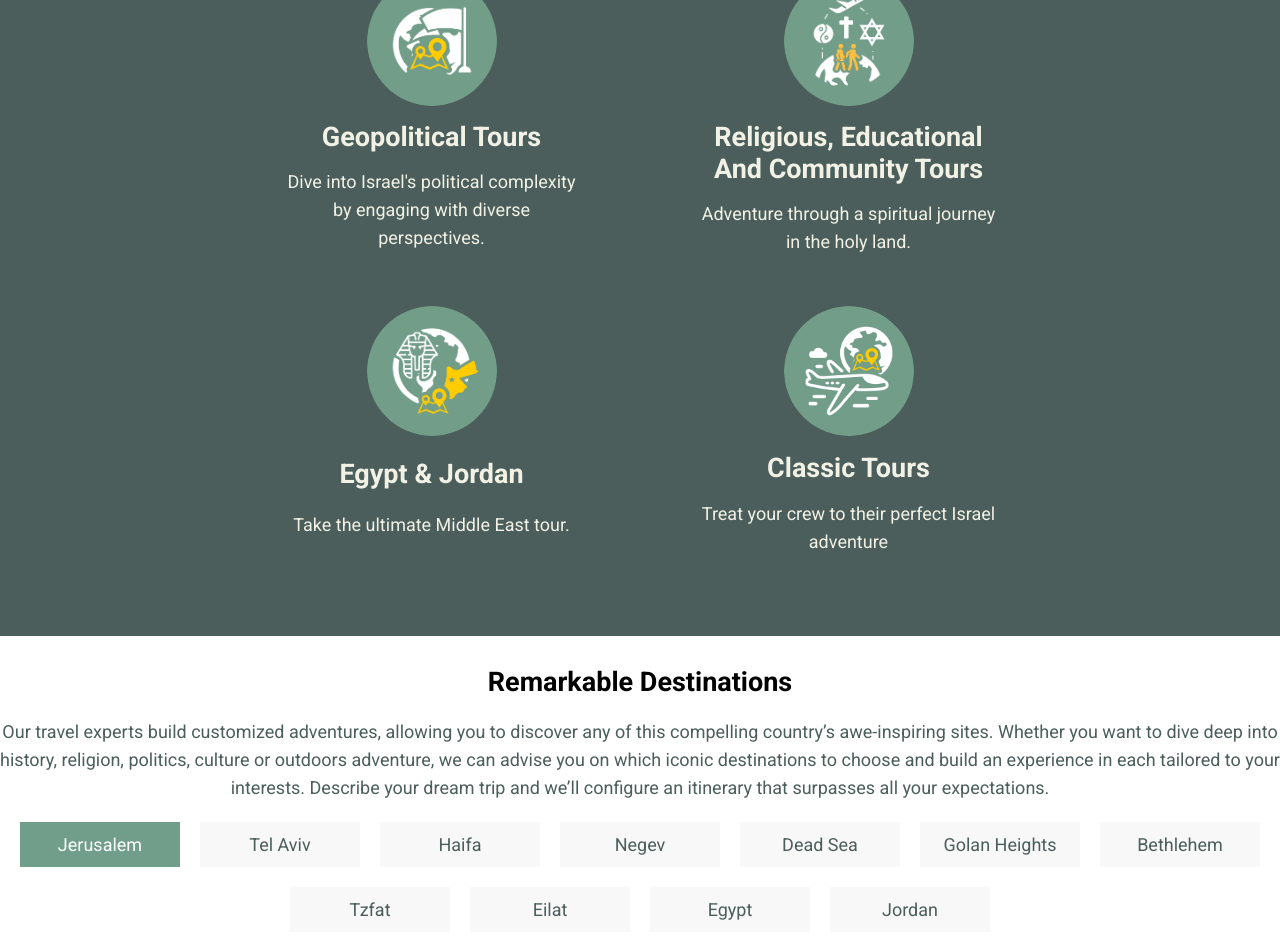
Repository: Pafestivo/realIsraelTours
Page: / (app in frontend/)
An editor plug-in stored every save of this project. The page is shown before and after the next save, followed by the edit.
The browser window is 1280 px wide. The pictures show the part of the page from y = 1258 to 2210 px (the page is 2210 px tall).
The pointer rests on the first visible `.activeTab`.
The project was rebuilt for these pictures with package versions that can differ from the ones it lists, and the page was loaded fresh each time. The framework's server and built-in components were replaced by stand-ins that run in the browser. Also part of the build but not shown: frontend/next.config.js. Imported but missing from the stored project, and not drawn on this page: frontend/src/assets/videoBG.mp4.

Above is the page before, as saved 2023-09-20 16:51:49.

### frontend/src/app/layout.tsx
import type { Metadata } from "next";
import "@/styles/globals.css";
import { roboto } from "@/app/fonts";
import { config } from "@fortawesome/fontawesome-svg-core";
import "@fortawesome/fontawesome-svg-core/styles.css";
config.autoAddCss = false; // Tell Font Awesome to skip adding the CSS automatically since it's being imported above

export const metadata: Metadata = {
  title: "Real Israel Tours",
  description: "Plan your next tour",
};

export default function RootLayout({
  children,
}: {
  children: React.ReactNode;
}) {
  return (
    <html lang="en">
      <body className={roboto.className}>
        <div style={{ overflowX: "hidden" }}>{children}</div>
      </body>
    </html>
  );
}

### frontend/src/app/page.tsx
import Header from "@/components/Header";
import "@/styles/homePage.css";
import BackgroundVideo from "@/components/BackgroundVideo";
import ScrollArrow from "@/components/ScrollArrow";
import TripCard from "@/components/TripCard";
import geoPoliticalIcon from "@/assets/Geopolitical-icon.png";
import religious from "@/assets/Religious-and-educational.png";
import egpyt from "@/assets/Egypt-and-Jordan.png";
import classicTours from "@/assets/classic-tours.png";
import Destinations from "@/components/Destinations";

export default function Home() {
  return (
    <div>
      <Header currentlyActivePage="Home" />
      <div className="cta-div">
        <div className="content">
          <h1>Custom made Israeli adventures</h1>
          <button>
            <span></span>Start Your Journey
          </button>
          <ScrollArrow />
        </div>
        <BackgroundVideo />
      </div>
      <div className="pageContainer">
        <section className="whyTravelWithUs">
          <h1>Why Travel With Real Israel Tours?</h1>
          <p className="info-block">
            We craft experiences that speak to our participants. We are
            long-time hands-on professionals who thoroughly get to know our
            clients and dedicate ourselves optimizing each moment to
            specifically match its participants.
          </p>
          <p className="info-block">
            After 8 years, we have a vast and high-quality network of trusted
            connections with every type of activity, site, and speaker the
            country can offer, waiting to be meticulously chosen and built into
            another cohesive journey.
          </p>
          <p className="info-block">
            Our staff is also passionate about the inspirational potential of
            Israel experiences and prides themselves on their ability to create
            profound impact, every time. They are invested, from each logistical
            detail running smoothly to fostering your group’s overall sense of
            community.
          </p>
          <p className="info-block">
            Whatever your precise interests, we guarantee trips that explore
            Israel deep beneath the surface, to the Real Israel, the one that
            empowers us to think, feel, enjoy, and connect.
          </p>
        </section>

        <section className="tripTypes">
          <TripCard
            image={geoPoliticalIcon}
            tripName="Geopolitical Tours"
            tripDescription="Dive into Israel's political complexity by engaging with diverse perspectives."
          />

          <TripCard
            image={religious}
            tripName="Religious, Educational And Community Tours"
            tripDescription="Adventure through a spiritual journey in the holy land."
          />

          <TripCard
            image={egpyt}
            tripName="Egypt & Jordan"
            tripDescription="Take the ultimate Middle East tour."
          />

          <TripCard
            image={classicTours}
            tripName="Classic Tours"
            tripDescription="Treat your crew to their perfect Israel adventure"
          />
        </section>

        <section className="destinations">
          <Destinations />
        </section>
      </div>
    </div>
  );
}

### frontend/src/styles/globals.css
:root {
  --main-bg-color: #4b5e5b;
  --main-title-color: #F1F1E6;
  --main-text-color: #F1F1E6;
  --accent-orange: #ffc03f;
  --hover-accent-orange: #bd7e00;
}

* {
  padding: 0;
  margin: 0;
  box-sizing: border-box;
}

body {
  font-size: 18px;
  background-color: var(--main-bg-color);
  overflow-x: hidden;
}

p {
  line-height: 28px;
}

a {
  color: inherit;
  text-decoration: none;
}

section {
  margin: 30px 0;
  padding: 20px 120px;
  border: none;
}

.mobile-only {
  display: none;
}

.desktop-only {
  display: block;
}

.activated {
  color: var(--accent-orange);
}

@media screen and (max-width: 768px) {
  section {
    padding: 20px 10px;
  }

  .mobile-only {
    display: block;
  }

  .desktop-only {
    display: none;
  }
}

### frontend/src/app/fonts.tsx
import { Inter, Merriweather, Roboto } from "next/font/google";

export const inter = Inter({ subsets: ["latin"] });

export const merriweather = Merriweather({
  weight: ["400", "700"],
  style: ["normal", "italic"],
  subsets: ["latin"],
  display: "swap",
});

export const roboto = Roboto({
  weight: ["400", "700"],
  style: ["normal", "italic"],
  subsets: ["latin"],
  display: "swap",
});

// export const Mooli = Mooli({
//   weight: ["400", "700"],
//   style: ["normal", "italic"],
//   subsets: ["latin"],
//   display: "swap",
// });

### frontend/src/components/Header.tsx
"use client";
import React, { useEffect, useState } from "react";
import Image from "next/image";
import logo from "@/assets/logo.png";
import "@/styles/header.css";
import Link from "next/link";

interface HeaderProps {
  currentlyActivePage: string;
}

const Header = ({ currentlyActivePage }: HeaderProps) => {
  const [isMenuOpen, setMenuOpen] = useState(false);
  const [isScrolled, setIsScrolled] = useState(false);

  const toggleMenu = () => {
    setMenuOpen(!isMenuOpen);
  };

  useEffect(() => {
    const handleScroll = () => {
      setIsScrolled(window.scrollY > 100);
    };

    window.addEventListener("scroll", handleScroll);

    return () => {
      window.removeEventListener("scroll", handleScroll);
    };
  }, []);

  return (
    <div className={`header ${isScrolled ? "" : "transparent"}`}>
      <Link href="/">
        <Image className="headerLogo" src={logo} alt="logo" />
      </Link>
      <div className={`navbar ${isMenuOpen ? "open" : ""}`}>
        <button onClick={toggleMenu} className="close-button">
          ✕
        </button>{" "}
        <Link
          className={currentlyActivePage === "Home" ? "activated" : ""}
          href="/"
        >
          Home
        </Link>
        <Link
          className={currentlyActivePage === "Tours" ? "activated" : ""}
          href="/"
        >
          Tours
        </Link>
        <Link
          className={currentlyActivePage === "Gallery" ? "activated" : ""}
          href="/"
        >
          Gallery
        </Link>
        <Link
          className={currentlyActivePage === "AboutUs" ? "activated" : ""}
          href="/"
        >
          About Us
        </Link>
        <Link
          className={currentlyActivePage === "ContactUs" ? "activated" : ""}
          href="/"
        >
          Contact Us
        </Link>
        <hr className="mobile-only" />
        <p className="mobile-only">+972 52 335 5687</p>
        <p className="mobile-only">Elad@realisraeltours.com</p>
        <button className="inquire mobile-only">Inquire Now</button>
      </div>
      <button onClick={toggleMenu} className="hamburger">
        ☰
      </button>
      <button className="inquire desktop-only">Inquire Now</button>
    </div>
  );
};

export default Header;

### frontend/src/styles/homePage.css
.pageContainer {
  display: flex;
  flex-direction: column;
  justify-content: center;
  margin: 0 auto;
  padding: 0;
  max-width: 1450px;
  text-align: center;
  color: var(--main-text-color);
}

.cta-div {
  height: 100vh;
  width: 100vw;
  display: flex;
  justify-content: center;
  align-items: center;
}

.content {
  position: absolute;
  display: flex;
  flex-direction: column;
  justify-content: center;
  align-items: center;
  padding: 40px 0;
  width: 100vw;
  height: 100vh;
  background-color: rgba(0, 0, 0, 0.3);
  row-gap: 40px;
  overflow-x: hidden;
  text-align: center;
}

.content h1 {
  font-size: 5em;
}

.content button {
  font-size: 1.4em;
  padding: 14px 40px;
  border-radius: 5px;
  z-index: 1;
  position: relative;
  overflow: hidden;
}

/* an hover effect for two arrows and then rectangle */
.content button::before {
  content: "";
  position: absolute;
  top: 0;
  left: -100%;
  width: 50%;
  height: 100%;
  background-color: var(--hover-accent-orange);
  transition: all 0.5s ease-in-out;
  z-index: -1;
  clip-path: polygon(0% 0%, 100% 50%, 0% 100%);
}

.content button span {
  content: "";
  position: absolute;
  top: 0;
  left: -200%;
  width: 50%;
  height: 100%;
  background-color: var(--hover-accent-orange);
  transition: all 0.5s ease-in-out 0.16s;
  z-index: -1;
  clip-path: polygon(0% 0%, 100% 50%, 0% 100%);
}

.content button::after {
  content: "";
  position: absolute;
  top: 0;
  left: -300%;
  width: 100%;
  height: 100%;
  background-color: var(--hover-accent-orange);
  transition: all 0.5s ease-in-out 0.22s;
  z-index: -1;
}

.content button:hover::before {
  left: 100%;
}

.content button:hover span {
  left: 100%;
}

.content button:hover::after {
  left: 0;
}

.content button:hover {
  color: white;
}
/* end of arrows effect */


.content .arrow-down {
  position: absolute;
  color: var(--accent-orange);
  font-size: 3em;
  bottom: 20px;
}

h1 {
  color: var(--main-title-color);
}

.whyTravelWithUs {
  display: flex;
  flex-direction: column;
  row-gap: 20px;
}

.tripTypes {
  display: grid;
  grid-template-columns: 1fr 1fr;
  width: 80%;
  align-self: center;
  row-gap: 80px;
  column-gap: 50px;
  justify-content: center;
  align-items: center;
  place-items: center;
}

.destinations {
  background-color: white;
  width: 100vw;
  margin-bottom: 0;
  padding-top: 30px;
}

@media screen and (max-width: 768px) {
  .content h1 {
    font-size: 3em;
  }

  .content .arrow-down {
    font-size: 1.3em;
  }

  .tripTypes {
    grid-template-columns: 1fr;
  }

  .destinations {
    padding: 50px 20px;
  }
}

@media screen and (min-width: 1440px) {
  .tripTypes {
    width: 130%;
    grid-template-columns: 1fr 1fr 1fr 1fr;
    overflow-x: visible;
  }
}

### frontend/src/components/BackgroundVideo.tsx
import videoBG from "@/assets/videoBG.mp4";
import "@/styles/backgroundVideo.css";

export default function BackgroundVideo() {
  return (
    <video autoPlay muted loop>
      <source className="background-video" src={videoBG} type="video/mp4" />
    </video>
  );
}

### frontend/src/components/ScrollArrow.tsx
"use client";
import React, { useState, useEffect } from "react";
import { FontAwesomeIcon } from "@fortawesome/react-fontawesome";
import { faArrowDown } from "@fortawesome/free-solid-svg-icons";

const ScrollArrow = () => {
  const [showArrow, setShowArrow] = useState(true); // State to control arrow visibility

  useEffect(() => {
    // Function to handle scroll event
    const handleScroll = () => {
      if (window.scrollY > 0 && showArrow) {
        setShowArrow(false); // Hide the arrow if the user starts scrolling
      }
    };

    // Attach the scroll event listener
    window.addEventListener("scroll", handleScroll);

    // Cleanup: remove the event listener when the component unmounts
    return () => {
      window.removeEventListener("scroll", handleScroll);
    };
  }, [showArrow]); // Re-run the effect if showArrow changes

  return showArrow ? (
    <FontAwesomeIcon className="arrow-down" icon={faArrowDown} bounce />
  ) : null;
};

export default ScrollArrow;

### frontend/src/components/TripCard.tsx
import Image, { StaticImageData } from "next/image";
import React from "react";
import "@/styles/tripCard.css";

interface tripCardProps {
  image: StaticImageData;
  tripName: string;
  tripDescription: string;
}

const TripCard = ({ image, tripName, tripDescription }: tripCardProps) => {
  return (
    <div className="tripCard">
      <Image className="tripIcon" src={image} alt="tripIcon" />
      <h2>{tripName}</h2>
      <p>{tripDescription}</p>
    </div>
  );
};

export default TripCard;

### frontend/src/components/Destinations.tsx
"use client";

import React, { useState } from "react";
import "@/styles/destinations.css";

const Destinations = () => {
  const [activeTab, setActiveTab] = useState("Jerusalem");

  return (
    <div className="destinations-div">
      <h1>Remarkable Destinations</h1>
      <p>
        Our travel experts build customized adventures, allowing you to discover
        any of this compelling country’s awe-inspiring sites. Whether you want
        to dive deep into history, religion, politics, culture or outdoors
        adventure, we can advise you on which iconic destinations to choose and
        build an experience in each tailored to your interests. Describe your
        dream trip and we’ll configure an itinerary that surpasses all your
        expectations.
      </p>
      <div className="destinations-options">
        <div className={activeTab === "Jerusalem" ? "activeTab" : ""}>
          Jerusalem
        </div>
        <div className={activeTab === "TelAviv" ? "activeTab" : ""}>
          Tel Aviv
        </div>
        <div className={activeTab === "Haifa" ? "activeTab" : ""}>Haifa</div>
        <div className={activeTab === "Negev" ? "activeTab" : ""}>Negev</div>
        <div className={activeTab === "DeadSea" ? "activeTab" : ""}>
          Dead Sea
        </div>
        <div className={activeTab === "GolanHeights" ? "activeTab" : ""}>
          Golan Heights
        </div>
        <div className={activeTab === "Bethlehem" ? "activeTab" : ""}>
          Bethlehem
        </div>
        <div className={activeTab === "Tzfat" ? "activeTab" : ""}>Tzfat</div>
        <div className={activeTab === "Eilat" ? "activeTab" : ""}>Eilat</div>
        <div className={activeTab === "Egypt" ? "activeTab" : ""}>Egypt</div>
        <div className={activeTab === "Jordan" ? "activeTab" : ""}>Jordan</div>
      </div>
    </div>
  );
};

export default Destinations;

### frontend/src/styles/header.css
.header {
  position: absolute;
  width: 100vw;
  display: flex;
  justify-content: space-between;
  align-items: center;
  background-color: rgba(0, 0, 0, 0.3);
  transition: background-color 0.3s ease;
  padding: 20px 40px;
  z-index: 1000;
}

.header.transparent {
  background-color: rgba(0, 0, 0, 0.3);
}

.headerLogo {
  width: 200px;
  height: auto;
}

.navbar {
  display: flex;
  font-size: 1.1em;
  justify-content: space-around;
  align-items: center;
  column-gap: 20px;
  color: white;
}

button {
  background-color: var(--accent-orange);
  border: none;
  font-size: 1.15em;
  padding: 10px 20px;
  cursor: pointer;
  border-radius: 5px;
}

.hamburger {
  display: none;
}

.close-button {
  font-size: 1.5em;  /* Increase size for tap-ability */
  background: none;
  border: none;
  color: white;  /* Make it the same color as the text for harmony */
  cursor: pointer;
  position: absolute;  /* Absolute position within the navbar */
  top: 15px;  /* Position from the top */
  right: 15px;  /* Position from the right */
  padding: 5px;  /* A little padding to make it more tap-able */
  z-index: 10;  /* Just in case, to make it appear above all other items */
}

@media screen and (min-width: 769px) {
  .close-button {
    display: none;
  }
}

@media screen and (max-width: 768px) {
  .navbar {
    position: fixed;
    right: -120%;
    top: 0;
    bottom: 0;
    width: 100vw;
    font-size: 1.3em;
    flex-direction: column;
    background-color: rgba(255, 192, 63, 0.9);
    color: black;
    transition: right 0.3s ease-in-out;
    justify-content: flex-start;
    align-items: center;
    row-gap: 20px;
    padding: 110px 0; /* Reduced right/left padding */
    font-size: 1.4em; /* Increased font size for better readability */
    background-color: #333;  /* Darker background */
    color: white; /* Keep text color white for contrast */
    row-gap: 30px; /* Increased gap between rows for breathing space */
  }

  /* Adding a hover effect to indicate interactivity */
  .navbar a:hover,
  .navbar button:hover {
    color: var(--accent-orange); /* Add your own accent color */
  }

  .navbar.open {
    right: 0;
  }

  .hamburger {
    display: block;
  }
}

/* Media query for very large screens */
@media screen and (min-width: 1440px) {
  .navbar {
    font-size: 1.5em;
  }

  button {
    font-size: 1.5em;
  }
}

### frontend/src/styles/backgroundVideo.css
video {
  width: 100%;
  height: 100%;
  object-fit: cover;
}

### frontend/src/styles/tripCard.css
.tripCard {
  display: grid;
  grid-template-rows: 2fr 1fr 1fr;
  flex-direction: column;
  justify-content: center;
  align-items: center;
  place-items: center;
  row-gap: 15px;
  max-width: 300px;
  height: 250px;
  cursor: pointer;
  transition: all 0.2s ease-in-out;
}

.tripIcon {
  width: 130px;
  height: 130px;
  border-radius: 50%;
}

.tripCard:hover {
  transform: scale(1.1)
}

.tripCard p {
  align-self: flex-start;
}

.tripCard:hover h2,
.tripCard:hover p {
  color: var(--accent-orange);
}

### frontend/src/styles/destinations.css
.destinations-div {
  display: flex;
  flex-direction: column;
  justify-content: center;
  align-items: center;
  row-gap: 20px;
  justify-self: center;
  color: #4b5e5b;
}

.destinations-div h1 {
  color: black;
}

.destinations-options {
  display: flex;
  width: 100vw;
  flex-wrap: wrap;
  justify-content: center;
  align-items: center;
  gap: 20px;
}

.destinations-options > * {
  display: flex;
  justify-content: center;
  align-items: center;
  background-color: #f8f8f8;
  width: 160px;
  height: 45px;
  transition: all 0.2s ease-in-out;
  cursor: pointer;
}

.destinations-options > *:hover {
  background-color: #719e8b;
  color: white;
}

.activeTab {
  background-color: #4b5e5b;
  color: white;
}

After the next save:
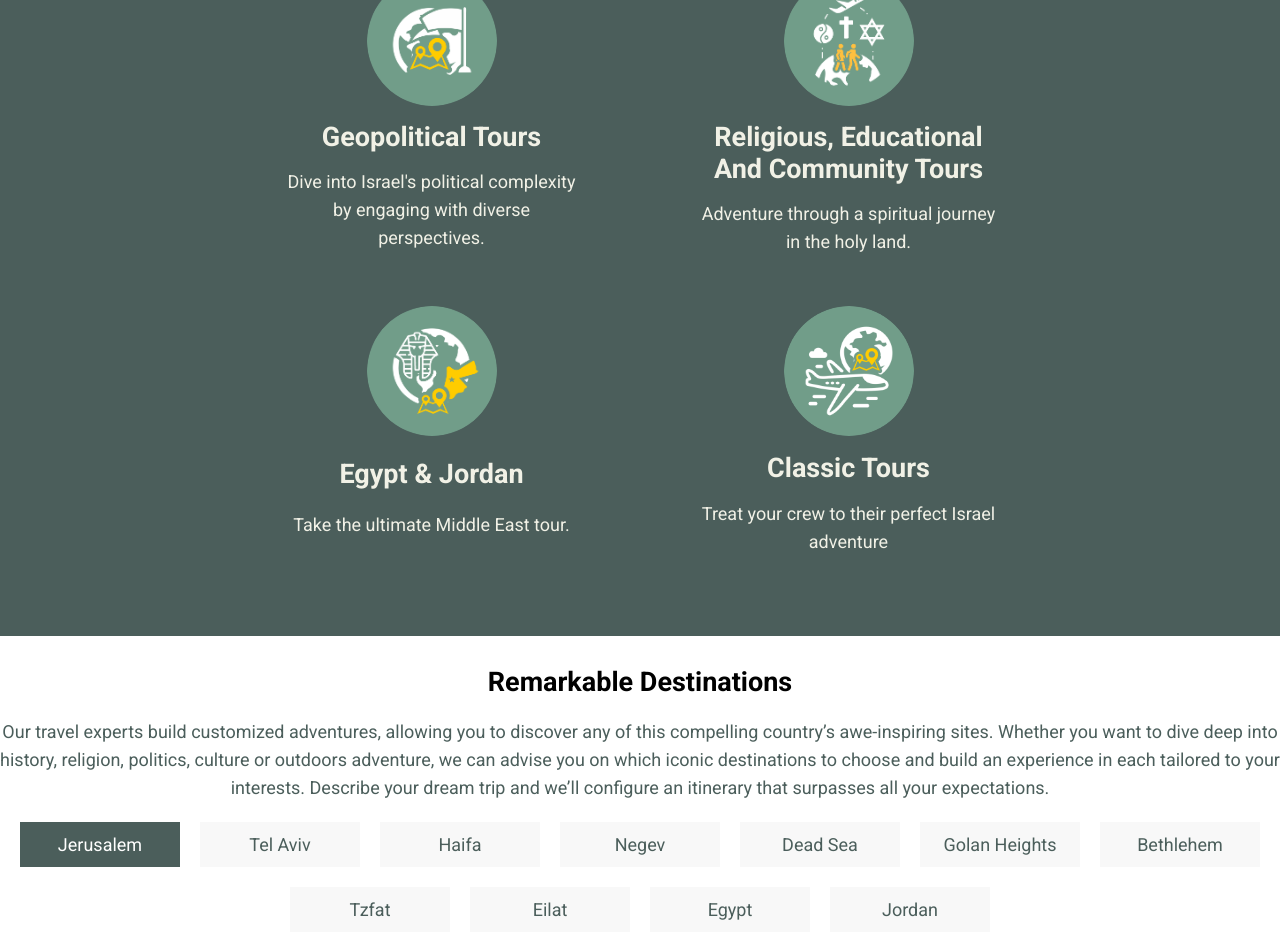
Saved 20 s later.
--- a/frontend/src/styles/destinations.css
+++ b/frontend/src/styles/destinations.css
@@ -41,3 +41,8 @@
   background-color: #4b5e5b;
   color: white;
 }
+
+.activeTab:hover {
+  background-color: #4b5e5b;
+  color: white;
+}
